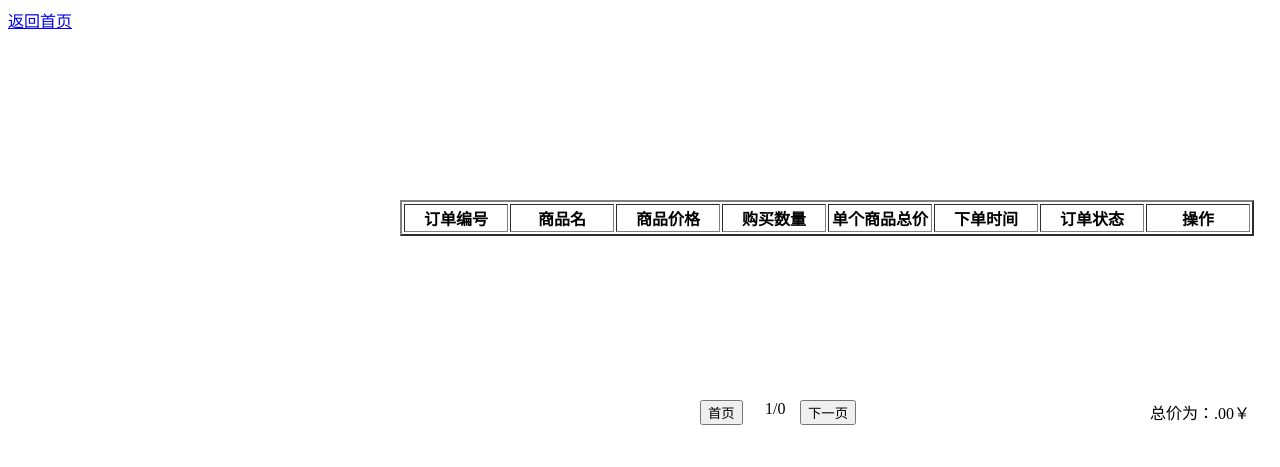
Repository: Gale-student/Gale-student.github.io
Page: http://localhost/weshop/OrdersDetailUnpaidQueryServlet
The author's editor kept a copy of each file at every save. The page is drawn from the files as they stood at one save, then again after the next save.
The browser window is 1280 px wide. The pictures show the whole page.
The page is served by Tomcat 9. Queries for data that is not in the repository find no rows.

Above is the page before, as saved 2022-10-05 13:13:34.

After the next save:
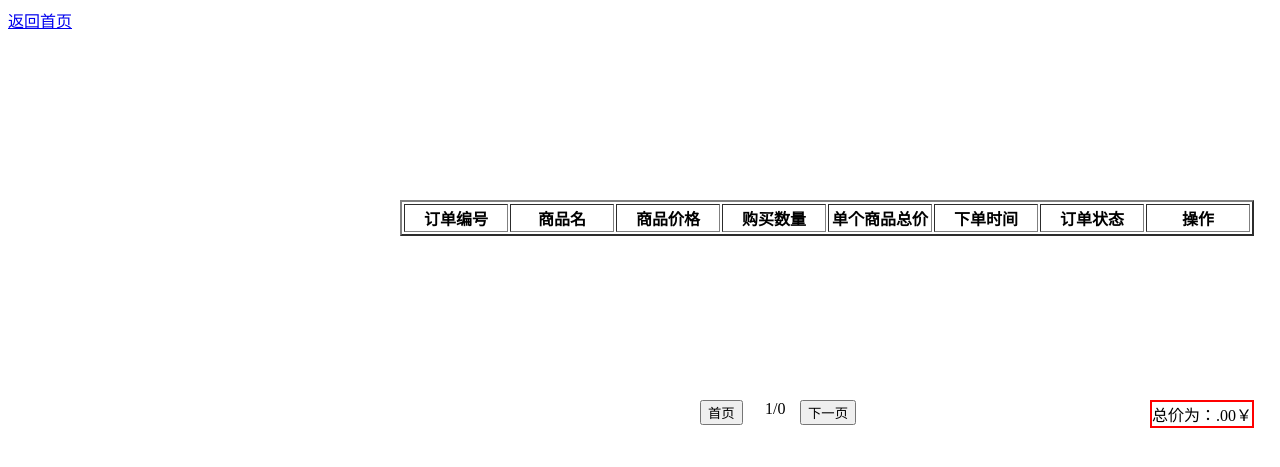
Saved 19 s later.
--- a/WeShop/weshop/WebRoot/WEB-INF/jsp/OrdersUnpaidQueryOfUser.jsp
+++ b/WeShop/weshop/WebRoot/WEB-INF/jsp/OrdersUnpaidQueryOfUser.jsp
@@ -90,6 +90,6 @@ String basePath = request.getScheme()+"://"+request.getServerName()+":"+request.
     </form>
 
     </div>
-    <label style="position: absolute; left: 1150px; top: 400px;">总价为：<%=totalPrice %>.00￥</label>
+    <label style="position: absolute; left: 1150px; top: 400px;border: 2px solid red;">总价为：<%=totalPrice %>.00￥</label>
   </body>
 </html>
